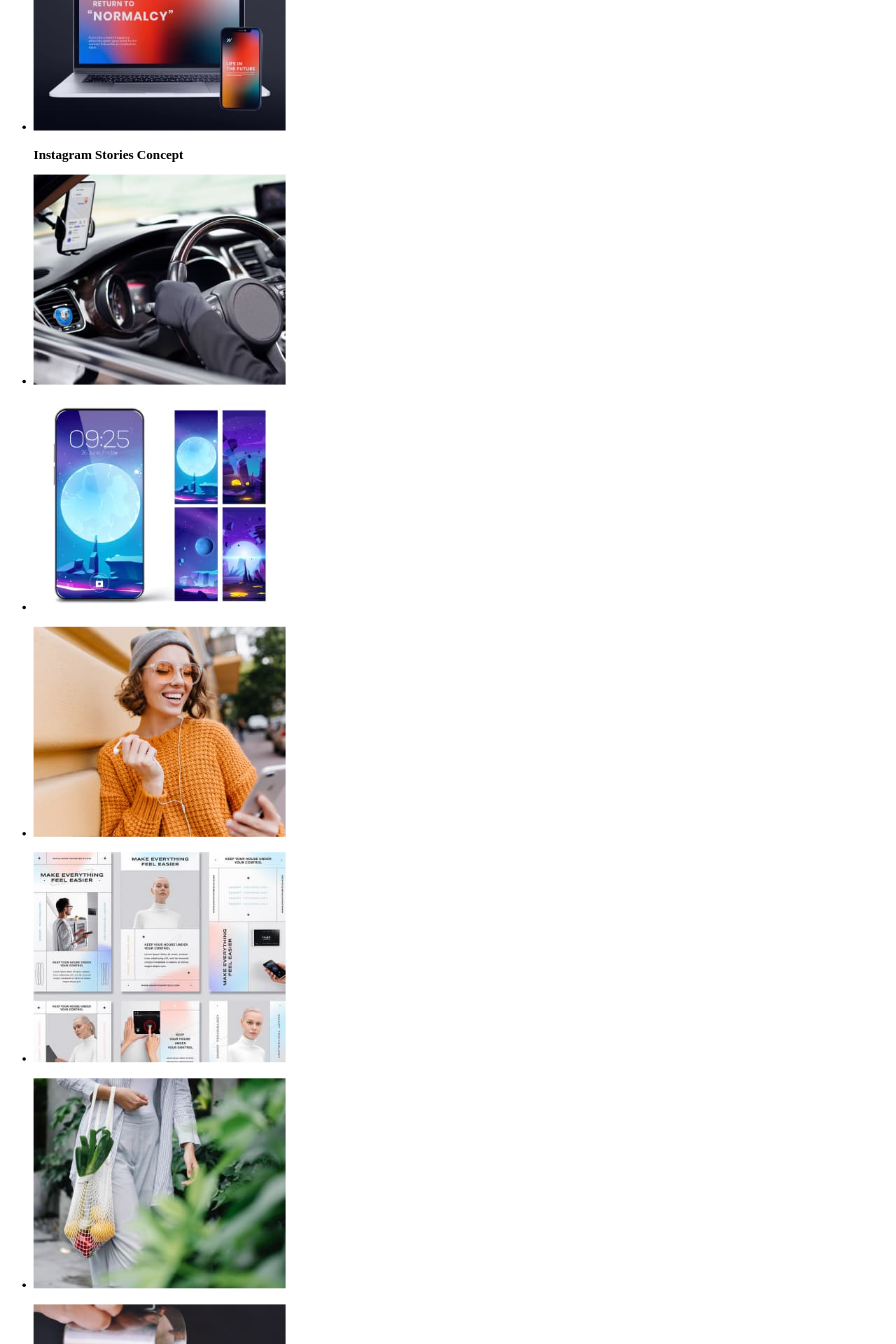
Repository: GrishchenkoNataliya/goit-markup-hw-02
Page: portfolio/indtx.html
An editor plug-in stored every save of this project. The page is shown before and after the next save, followed by the edit.
The browser window is 1280 px wide. The pictures show the part of the page from y = 1178 to 3098 px (the page is 3433 px tall before and 3467 px after), at 70% of full size.

Above is the page before, as saved 2023-02-27 13:54:56.

### portfolio/indtx.html
<!DOCTYPE html>
<html lang="en">
  <head>
    <meta charset="UTF-8" />
    <meta http-equiv="X-UA-Compatible" content="IE=edge" />
    <meta name="viewport" content="width=device-width, initial-scale=1.0" />
    <title>homework_2</title>
  </head>
  <body>
    <header>
      <nav>
        <a href="./index.html">WebStudio</a>
        <ul>
          <li>
            <a href="" target="_blank" rel="noopener noreferrer nofollow"
              >Studio</a
            >
          </li>
          <li>
            <a href="" target="_blank" rel="noopener noreferrer nofollow"
              >Portfolio</a
            >
          </li>
          <li>
            <a href="" target="_blank" rel="noopener noreferrer nofollow"
              >Contacts</a
            >
          </li>
        </ul>
      </nav>
      <address>
        <ul>
          <li><a href="mailto:info@devstudio.com">info@devstudio.com</a></li>
          <li><a href="tel:+110001111111">+11 (000) 111-11-11</a></li>
        </ul>
      </address>
    </header>
    <main>
      <section>
        <h2 hidden>Большой заголовок</h2>
        <ul>
          <li>
            <a href=""><label>All</label></a>
          </li>
          <li>
            <a href=""><label>Web Site</label></a>
          </li>
          <li>
            <a href=""><label>App</label></a>
          </li>
          <li>
            <a href=""><label>Design</label></a>
          </li>
          <li>
            <a href=""><label>Marketing</label></a>
          </li>
        </ul>

      </section>
      <section>
        <ul>
            <li>
                <img src="../images/pages2/img1.jpg" alt="Banking App Interface Concept">
                    <h3>Banking App Interface Concept</h3>
                    <p>Marketing</p>
                </img>
            </li>
            <li>
                <img src="../images/pages2/img2.jpg" alt="">
                    <h3>Taxi Service</h3>
                    <p>Marketing</p>
                </img>
            </li>
            <li>
                <img src="../images/pages2/img3.jpg" alt="">
                    <h3>Instagram Stories Concept</h3>
                    <p></p>
                </img>
            </li>
            <li>
                <img src="../images/pages2/img4.jpg" alt="">
                    <h3></h3>
                    <p></p>
                </img>
            </li>
            <li>
                <img src="../images/pages2/img5.jpg" alt="">
                    <h3></h3>
                    <p></p>
                </img>
            </li>
            <li>
                <img src="../images/pages2/img6.jpg" alt="">
                    <h3></h3>
                    <p></p>
                </img>
            </li>
            <li>
                <img src="../images/pages2/img7.jpg" alt="">
                    <h3></h3>
                    <p></p>
                </img>
            </li>
            <li>
                <img src="../images/pages2/img8.jpg" alt="">
                    <h3></h3>
                    <p></p>
                </img>
            </li>
            <li>
                <img src="../images/pages2/img9.jpg" alt="">
                    <h3></h3>
                    <p></p>
                </img>
            </li>
        </ul>

      </section>
    </main>
    <footer>
      <a href="./index.html">WebStudio</a>

      <p>
        Increase the flow of customers and sales for your business with digital
        marketing & growth solutions.
      </p>
      <!-- Dark-bg -->
    </footer>
  </body>
</html>

After the next save:
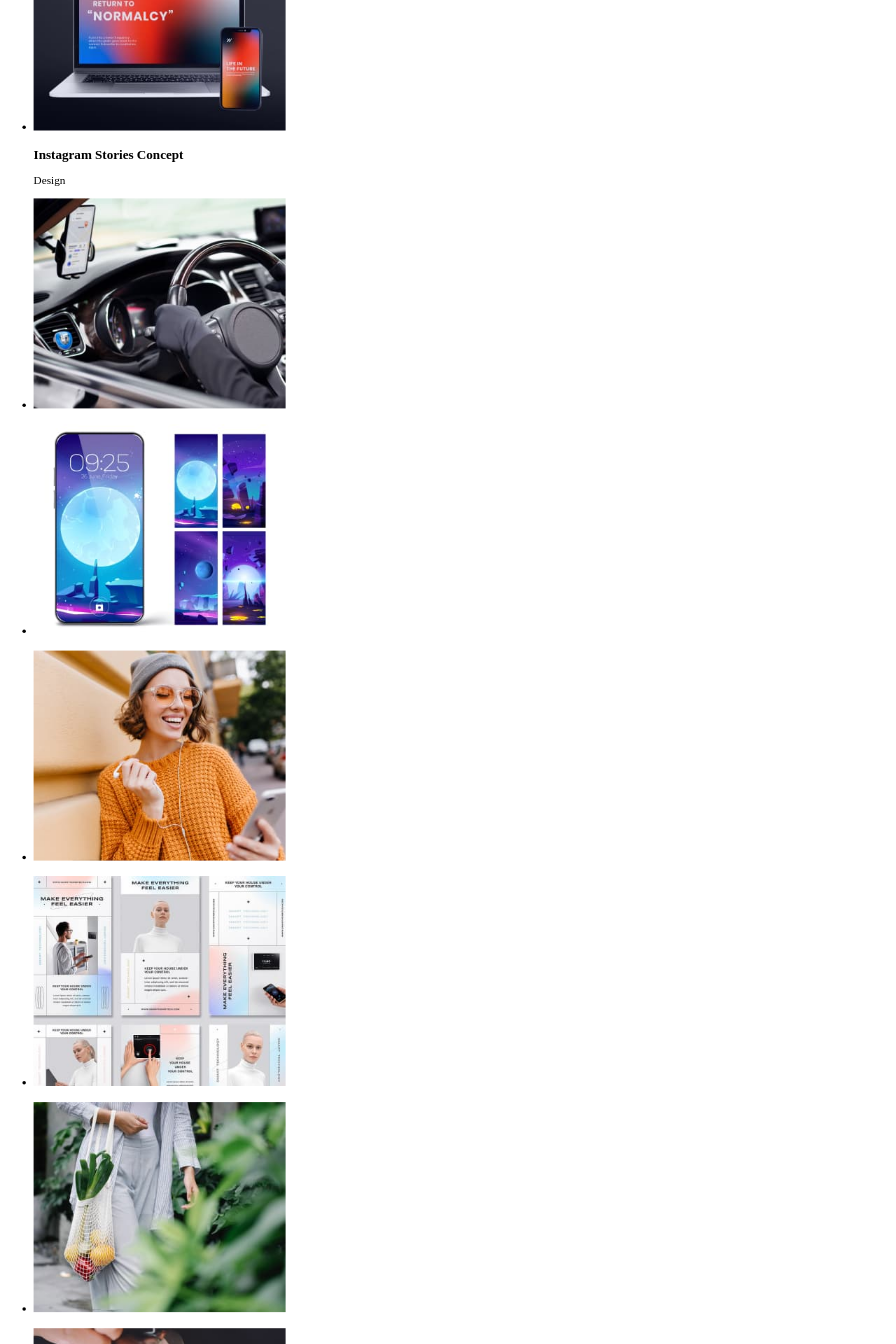
Saved 9 s later.
--- a/portfolio/indtx.html
+++ b/portfolio/indtx.html
@@ -74,7 +74,7 @@
             <li>
                 <img src="../images/pages2/img3.jpg" alt="">
                     <h3>Instagram Stories Concept</h3>
-                    <p></p>
+                    <p>Design</p>
                 </img>
             </li>
             <li>
